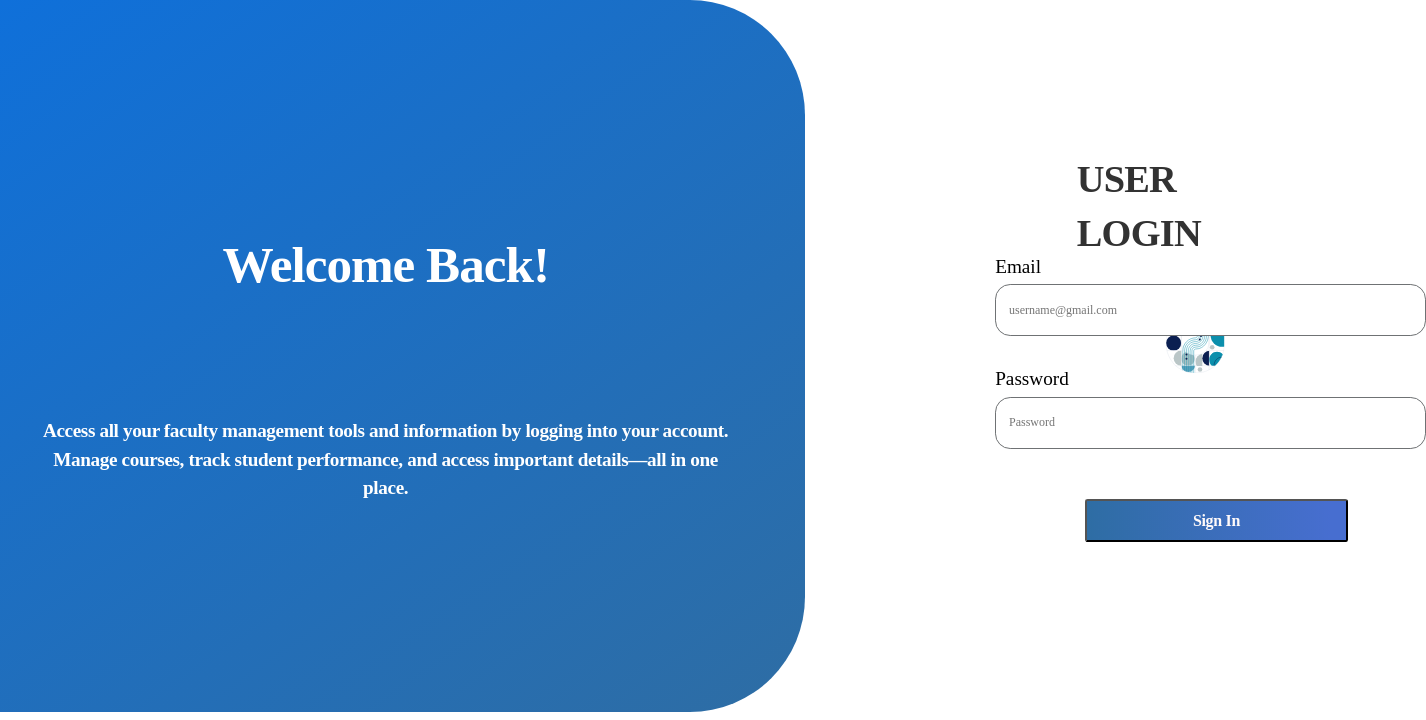
Repository: xedha/ProjetS4
Page: / (app in Frontend/)
The author's editor kept a copy of each file at every save. The page is drawn from the files as they stood at one save, then again after the next save.
The browser window is 1280 px wide. The page is 1426 px wide, so the pictures cover 1426 px, including what lies to the right of the window. The pictures show the whole page.
The project was rebuilt for these pictures with package versions that can differ from the ones it lists, and the page was loaded fresh each time. Also part of the build but not shown: Frontend/vite.config.ts, Frontend/src/components/common/Header.css, Frontend/src/components/common/Header.tsx, Frontend/src/components/common/Sidebar.css, Frontend/src/components/common/Sidebar.tsx, Frontend/src/services/api.ts, Frontend/src/components/common/Search.tsx, Frontend/src/components/common/AddButton.tsx and 6 more.

Above is the page before, as saved 2025-04-13 20:07:56.

### Frontend/src/index.css
/* This file can be used for global styles that should be applied before App.css */
/* You can leave it empty if all styles are in App.css or component-specific CSS files */

/* CSS Variables for consistent theming */
:root {
  --color-primary: #1e88e5;
  --color-primary-dark: #1976d2;
  --color-primary-light: #bbdefb;

  --color-secondary: #f50057;

  --color-success: #4caf50;
  --color-warning: #ff9800;
  --color-error: #f44336;

  --color-gray-100: #f7fafc;
  --color-gray-200: #edf2f7;
  --color-gray-300: #e2e8f0;
  --color-gray-400: #cbd5e0;
  --color-gray-500: #a0aec0;
  --color-gray-600: #718096;
  --color-gray-700: #4a5568;
  --color-gray-800: #2d3748;
  --color-gray-900: #1a202c;

  --font-sans: -apple-system, BlinkMacSystemFont, "Segoe UI", Roboto, "Helvetica Neue", Arial, sans-serif;

  --shadow-sm: 0 1px 2px 0 rgba(0, 0, 0, 0.05);
  --shadow: 0 1px 3px 0 rgba(0, 0, 0, 0.1), 0 1px 2px 0 rgba(0, 0, 0, 0.06);
  --shadow-md: 0 4px 6px -1px rgba(0, 0, 0, 0.1), 0 2px 4px -1px rgba(0, 0, 0, 0.06);
  --shadow-lg: 0 10px 15px -3px rgba(0, 0, 0, 0.1), 0 4px 6px -2px rgba(0, 0, 0, 0.05);

  --border-radius-sm: 0.125rem;
  --border-radius: 0.25rem;
  --border-radius-md: 0.375rem;
  --border-radius-lg: 0.5rem;
  --border-radius-xl: 1rem;
}

/* Reset some browser defaults */
html,
body {
  margin: 0;
  padding: 0;
  height: 100%;
}

a {
  text-decoration: none;
  color: inherit;
}

img {
  max-width: 100%;
  height: auto;
}

### Frontend/src/App.tsx
"use client"

import type React from "react"
import { useState } from "react"
import { BrowserRouter as Router, Routes, Route, Navigate } from "react-router-dom"
import { LoginPage } from "./Pages/LoginPage"
import { TeacherManagementPage } from "./components/teachers/TeacherManagementPage"
import { TeachingManagementPage } from "./components/teaching/TeachingManagementPage"
import "./App.css"

/**
 * Main App Component
 *
 * This component serves as the entry point for the ExamTrack application.
 * It handles:
 * - Routing between different pages
 * - Authentication state management
 * - Protected routes that require authentication
 * - Redirects for unauthorized access attempts
 */

// Define the User interface to type-check the user state
interface User {
  email: string
  name: string
}

const App: React.FC = () => {
  // Authentication state management

  // User state to track authentication
  // null means not authenticated, object means authenticated
  const [user, setUser] = useState<User | null>(null)

  /**
   * Handle login functionality
   * In a real app, this would validate credentials with an API
   * @param data - Object containing email and password
   */
  const handleLogin = (data: { email: string; password: string }) => {
    // Log login attempt for debugging
    console.log("Login attempt with:", data)

    // For demo purposes, we'll just set a user without actual validation
    // In a production app, this would include API calls to validate credentials
    setUser({
      email: data.email,
      name: "Admin", // Changed from "John Doe" to "Admin"
    })
  }

  /**
   * Handle logout functionality
   * Clears the user state to null, effectively logging the user out
   */
  const handleLogout = () => {
    setUser(null)
  }

  return (
    <Router>
      <div className="app">
        <Routes>
          {/*
            Public routes - accessible without authentication
            If user is already logged in, redirect to teachers page
          */}
          <Route path="/login" element={user ? <Navigate to="/teachers" /> : <LoginPage onLogin={handleLogin} />} />

          {/*
            Protected routes - require authentication
            If user is not logged in, redirect to login page
          */}

          {/* Teacher Management route */}
          <Route path="/teachers" element={user ? <TeacherManagementPage /> : <Navigate to="/login" />} />

          {/* Teaching Management route */}
          <Route path="/teaching" element={user ? <TeachingManagementPage /> : <Navigate to="/login" />} />

          {/*
            Additional routes to be implemented:

            <Route
              path="/courses"
              element={
                user ? <CourseManagementPage /> : <Navigate to="/login" />
              }
            />

            <Route
              path="/exams"
              element={
                user ? <ExamSchedulingPage /> : <Navigate to="/login" />
              }
            />

            <Route
              path="/settings"
              element={
                user ? <SettingsPage /> : <Navigate to="/login" />
              }
            />
          */}

          {/*
            Root path redirect
            If user is logged in, go to teachers page, otherwise go to login
          */}
          <Route path="/" element={<Navigate to={user ? "/teachers" : "/login"} />} />

          {/* Redirect dashboard to teachers */}
          <Route path="/dashboard" element={<Navigate to="/teachers" />} />

          {/*
            Catch-all route for any undefined paths
            Redirects to teachers if logged in, or login if not
          */}
          <Route path="*" element={<Navigate to={user ? "/teachers" : "/login"} />} />
        </Routes>
      </div>
    </Router>
  )
}

export default App

### Frontend/src/Pages/LoginPage.tsx
import type React from "react"
import { LeftPanel } from "../components/login/LeftPanel"
import { RightPanel } from "../components/login/RightPanel"
import "./LoginPage.css"

interface LoginPageProps {
  onLogin: (data: { email: string; password: string }) => void
}

export const LoginPage: React.FC<LoginPageProps> = ({ onLogin }) => {
  return (
    <div className="login-page">
      <div className="login-container">
        <div className="login-left">
          <LeftPanel />
        </div>
        <div className="login-right">
          <RightPanel onLogin={onLogin} />
        </div>
      </div>
    </div>
  )
}

### Frontend/src/App.css
/* Reset and base styles */
* {
  box-sizing: border-box;
  margin: 0;
  padding: 0;
}

body {
  font-family: -apple-system, BlinkMacSystemFont, "Segoe UI", "Roboto", "Oxygen", "Ubuntu", "Cantarell", "Fira Sans",
    "Droid Sans", "Helvetica Neue", sans-serif;
  -webkit-font-smoothing: antialiased;
  -moz-osx-font-smoothing: grayscale;
  color: #333;
  line-height: 1.5;
}

.app {
  min-height: 100vh;
}

button {
  cursor: pointer;
}

/* Utility classes */
.sr-only {
  position: absolute;
  width: 1px;
  height: 1px;
  padding: 0;
  margin: -1px;
  overflow: hidden;
  clip: rect(0, 0, 0, 0);
  white-space: nowrap;
  border-width: 0;
}

### Frontend/src/components/login/LeftPanel.tsx
import type React from "react"
import "./LeftPanel.css"

export const LeftPanel: React.FC = () => {
  return (
    <div className="left-panel">
      <div className="left-panel-content">
        <h1 className="left-panel-title">Welcome Back!</h1>

        <p className="left-panel-text">
          Access all your faculty management tools and information by logging into your account. Manage courses, track
          student performance, and access important details—all in one place.
        </p>


      </div>
    </div>
  )
}

### Frontend/src/components/login/RightPanel.tsx
"use client"

import type React from "react"
import { useState } from "react"
import logo from './logo.svg';
import "./RightPanel.css"

interface LoginFormData {
  email: string
  password: string
}

interface RightPanelProps {
  onLogin: (data: LoginFormData) => void
}

export const RightPanel: React.FC<RightPanelProps> = ({ onLogin }) => {
  const [formData, setFormData] = useState<LoginFormData>({
    email: "",
    password: "",
  })

  const handleChange = (e: React.ChangeEvent<HTMLInputElement>) => {
    const { name, value } = e.target
    setFormData((prev) => ({ ...prev, [name]: value }))
  }

  const handleSubmit = (e: React.FormEvent) => {
    e.preventDefault()
    onLogin(formData)
  }

  return (
    <div className="right-panel">
      <div className="login-form-container">
        <div className="login-header">
        <img className="logo"  src={logo} alt="Logo" />
          <span className="login-title">USER LOGIN</span>
        </div>

        <form onSubmit={handleSubmit} className="login-form">
          <div className="form-group">
            <label htmlFor="email" className="form-label">
              Email
            </label>
            <input
              id="email"
              name="email"
              type="email"
              required
              value={formData.email}
              onChange={handleChange}
              className="form-input"
              placeholder="username@gmail.com"
            />
          </div>

          <div className="form-group">
            <label htmlFor="password" className="form-label">
              Password
            </label>
            <input
              id="password"
              name="password"
              type="password"
              required
              value={formData.password}
              onChange={handleChange}
              className="form-input"
              placeholder="Password"
            />
          </div>

          <button type="submit" className="login-button">
            Sign In
          </button>
        </form>
      </div>
    </div>
  )
}

### Frontend/src/Pages/LoginPage.css
.login-page {
  min-height: 100vh;
  height: 100vh;
  width: 100%;
  display: flex;
  overflow: hidden;
}

.login-container {
  width: 100%;
  height: 100%;
  display: flex;
}

.login-left {
  width: 52.875rem;
  height: 100%;
  flex-shrink: 0;
}

.login-right {
  width: 60%;
  height: 100%;
}

@media (max-width: 768px) {
  .login-container {
    flex-direction: column;
  }

  .login-left,
  .login-right {
    width: 100%;
    height: 50%;
  }
}

### Frontend/src/components/login/LeftPanel.css
@import url('https://fonts.googleapis.com/css2?family=Montserrat:wght@400;500;700&display=swap');


html {
  font-size: min(1vw, 1.8vh); /* Adapts to both width and height */
}


.left-panel {
  width: 62.875rem;
  height: 55.6rem;
  border-radius: 0rem 9rem 9rem 0rem;
  background: linear-gradient(325deg, #2E6DA4 0.74%, #0F70DA 100%);
  flex-shrink: 0;


  position: absolute; /* This is required */
  /* Adjusted to lower the button */
  left: 0;

}



  .left-panel-title {
    width: 54.38681rem;
    height: 6.74rem;
    flex-shrink: 0;
    color: var(--White, #FFF);
    font-family: Poppins;
    font-size: 4rem;
    font-style: normal;
    font-weight: 600;
    line-height: 150%;
    letter-spacing: -0.08rem;
    text-align: center;
    position: absolute; /* This is required */
    /* Adjusted to lower the button */
    top : 17.75rem;
    left : 2.94rem;

  }


  .left-panel-text {

    width: 54.375rem;
    height: 7.5625rem;
    flex-shrink: 0;
    color: var(--White, #FFF);
    font-family: Poppins;
    font-size: 1.5rem;
    font-style: normal;
    font-weight: 600;
    line-height: 150%;
    letter-spacing: -0.03rem;
    text-align: center;

    position: absolute; /* This is required */
    /* Adjusted to lower the button */
  top : 32.56rem;
  left : 2.94rem;
  }

### Frontend/src/components/login/RightPanel.css

@import url('https://fonts.googleapis.com/css2?family=Montserrat:wght@400;500;700&display=swap');


html {
  font-size: min(1vw, 1.8vh); /* Adapts to both width and height */
}



  .login-form-container {

    max-width: 25rem;
    height: 45rem;

  }

  .login-header {
    color: var(--Black, #1D1D1D);
    font-family: Poppins;
    font-size: 3rem;
    font-style: normal;
    font-weight: 600;
    line-height: 140%;
    letter-spacing: -0.06rem;

    position: absolute;

   left : 84.12rem;
    top: 11.94rem;
    bottom: ;
  }

  .login-title {
    color: var(--Black, #323232);

    font-size: 3rem;
    font-style: normal;
    font-weight: 600;
    line-height: 1rem;
    letter-spacing: -0.06rem;


  }

  .login-form {
    display: flex;
    flex-direction: column;
    gap: 2.5rem;
    justify-content: center;
    position: absolute;

    left : 77.75rem;
     top: 20rem;
     bottom: ;

  }

  .form-group {
    display: flex;
    flex-direction: column;
    gap: 0.5rem;

  }

  .form-label {
    color: #000;
    font-family: Poppins;
    font-size: 1.5rem;
    font-style: normal;
    font-weight: 400;
    line-height: normal;

  }

  .form-input {
   display: flex;
   width: 33.625rem;
   height: 4.0625rem;
   overflow: hidden;
   padding: 1rem;
   border-radius: 1.1875rem;
   border: 0.711px solid #6F7274;
   background: #FFF;
   align-items: center;
   gap: 0.625rem;
   flex-shrink: 0;
   color: #6F7274;
   font-family: Poppins;
   font-size: 0.9375rem;
   font-style: normal;
   font-weight: 400;
   line-height: normal;


  }

  .form-input:focus {
    border-color: #1e88e5;
    box-shadow: 0 0 0 2px rgba(30, 136, 229, 0.2);

    display: flex;
    justify-content: center;
  }

  .login-button {
      display: flex;
      width: 20.577rem;
      height: 3.38188rem;
      justify-content: center;
      align-items: center;
      flex-shrink: 0;
        border-radius: 0.2205rem;
        background: linear-gradient(90deg, #2E6DA4 0%, #476ED0 94.4%);
        color: #FFFAFA;
        font-family: Poppins;
        font-size: 1.25rem;
        font-style: normal;
        font-weight: 600;
        line-height: normal;
        letter-spacing: -0.025rem;

        position: absolute;

        left : 7rem;
         top: 19rem;
         bottom: ;

  }

  .login-button:hover {
    background-color: #1976d2;
  }

  .logo{
    position: absolute;

    left : 7rem;
     top: 11.88rem;
     bottom: ;

  }

### Frontend/src/components/common/search.module.css
@import url("https://fonts.googleapis.com/css2?family=Montserrat:wght@400;500;700&display=swap");
/* From Uiverse.io by alexruix */
.group {
  display: flex;
  width: 60rem; /* Reduced from 72.5rem to make it less wide */
  height: 3.75rem;
  overflow: hidden;

  border-radius: 2rem;
  border: 1px solid #9a9696;
  box-shadow: 0px 4px 12px 0px rgba(13, 10, 44, 0.06);
  background: var(--White-White, #fff);
  align-items: center;
  gap: 0.375rem;
  flex-shrink: 0;

  position: relative; /* Changed from absolute to relative for better layout control */
  margin: 0 auto; /* Center the search bar */
}

.input {
  width: 100%;
  height: 40px;
  line-height: 28px;
  padding: 0 1rem;
  padding-left: 2.5rem;
  border: 2px solid transparent;
  border-radius: 8px;
  outline: none;
  background-color: #ffffff;
  color: #0d0c22;
  transition: .3s ease;
  color: var(--Gray, #abb7c2);
  font-family: Poppins, sans-serif;
  font-size: 1.125rem;
  font-style: normal;
  font-weight: 400;
  line-height: normal;

  display: flex;
  width: 60rem; /* Reduced from 72.5rem to match the container */
  height: 3.75rem;
  overflow: hidden;
  padding-left: 3rem;
  border-radius: 2rem;
  border: 1px solid #9a9696;
  box-shadow: 0px 4px 12px 0px rgba(13, 10, 44, 0.06);
  background: var(--White-White, #fff);
  align-items: center;
  gap: 0.375rem;
  flex-shrink: 0;
}

.input::placeholder {
  color: #9e9ea7;
}

.input:focus,
.input:hover {
  outline: none;
  border-color: #1cd8d2;
  border-radius: 2rem;
  border: 5px solid #1cd8d2;
  background-color: #fff;
  box-shadow: 0 0 0 6px rgb(234 76 137 / 10%);
  color: #53535f;
}

.icon {
  position: absolute;
  left: 1rem;
  fill: #9e9ea7;
  width: 1rem;
  height: 1rem;
  display: flex;
  padding: 0;
  align-items: center;
  gap: 0.625rem;

  width: 1.5rem;
  height: 1.5rem;
}

### Frontend/src/components/common/addbutton.module.css
@import url("https://fonts.googleapis.com/css2?family=Montserrat:wght@400;500;700&display=swap");

.addbuttongreen {
  position: absolute; /* This is required */
  top: 0.5rem; /* Adjusted to lower the button */
  right: 0;

  display: flex;
  width: 10.625rem;
  height: 2.9375rem;
  padding: 0.5rem 0.75rem;
  justify-content: center;
  align-items: center;
  gap: 0.5rem;
  flex-shrink: 0;
  border-radius: 0.5rem;
  background: var(--2nd, linear-gradient(90deg, #0B8FAC 0%, #043A46 100%));
  color: #fff;
  font-family: Montserrat, sans-serif;
  font-size: 0.9375rem;
  font-style: normal;
  font-weight: 700;
  line-height: normal;
  border: none;
  cursor: pointer;
}

.addbuttongreen:hover {
  background-color: #0B8FAC;
  box-shadow: 0px 15px 20px rgba(20, 133, 154, 0.4);
  color: #fff;
  transform: translateY(-7px);
}

.addbuttongreen:active {
  transform: translateY(-1px);
}
.add {
  width: 1.25rem;
  height: 1.0625rem;
  flex-shrink: 0;
}

### Frontend/src/components/common/table.module.css
@import url("https://fonts.googleapis.com/css2?family=Montserrat:wght@400;500;700&display=swap");

.tableContainer {
  width: 100%;
  overflow-x: auto;
  margin-top: 1.5rem;
  border-radius: 1rem;
  box-shadow: 0px 4px 12px 0px rgba(13, 10, 44, 0.06);
}

.table {
  width: 100%;
  border-collapse: collapse;
  border-radius: 1rem;
  overflow: hidden;
}

.tableHeader {
  height: 4.5625rem;
  border-radius: 1rem 1rem 0rem 0rem;
  border: 1px solid #000;
  box-shadow: 0px 4px 4px 0px rgba(0, 0, 0, 0.25);
  background: linear-gradient(180deg, #45d699 0%, #08b2ac 100%);
  position: sticky;
  top: 0;
  z-index: 10;
}

.tableHeaderCell {
  color: #fff;
  font-family: Montserrat, sans-serif;
  font-size: 0.875rem;
  font-weight: 700;
  padding: 1rem;
  text-align: left;
}

.tableRow {
  height: 4.625rem;
  border: 1px solid #e2e8f0;
}

.tableRow:nth-child(odd) {
  background-color: #eaf2f9;
}

.tableRow:nth-child(even) {
  background-color: white;
}

.tableRow:last-child {
  border-radius: 0rem 0rem 1rem 1rem;
}

.tableCell {
  padding: 1rem;
  color: #000;
  font-family: Montserrat, sans-serif;
  font-size: 0.99rem;
  font-weight: 500;
}

.actionCell {
  display: flex;
  align-items: center;
  gap: 0.5rem;
  padding: 1rem;
}

.editButton {
  width: 2rem;
  height: 2rem;
  background-color: #ebf8ff;
  color: #4299e1;
  border: none;
  border-radius: 0.375rem;
  display: flex;
  align-items: center;
  justify-content: center;
  cursor: pointer;
  transition: background-color 0.2s;
}

.editButton:hover {
  background-color: #bee3f8;
}

.deleteButton {
  width: 2rem;
  height: 2rem;
  background-color: #fff5f5;
  color: #f56565;
  border: none;
  border-radius: 0.375rem;
  display: flex;
  align-items: center;
  justify-content: center;
  cursor: pointer;
  transition: background-color 0.2s;
}

.deleteButton:hover {
  background-color: #fed7d7;
}

.statusBadge {
  display: inline-block;
  padding: 0.25rem 0.75rem;
  border-radius: 9999px;
  font-size: 0.75rem;
  font-weight: 600;
  text-transform: uppercase;
}

.statusAdmin {
  background-color: #e6fffa;
  color: #38b2ac;
}

.statusMed {
  background-color: #ebf8ff;
  color: #4299e1;
}

.statusMutated {
  background-color: #fffaf0;
  color: #ed8936;
}

.statusRetired {
  background-color: #fff5f5;
  color: #f56565;
}

.teacherAvatar {
  width: 2rem;
  height: 2rem;
  border-radius: 50%;
  background-color: #e2e8f0;
  margin-right: 0.75rem;
}

.teacherCode {
  display: flex;
  align-items: center;
}

.pagination {
  display: flex;
  justify-content: center;
  gap: 0.5rem;
  margin-top: 1.5rem;
  margin-bottom: 1.5rem;
}

.paginationButton,
.paginationNumber {
  display: flex;
  align-items: center;
  justify-content: center;
  min-width: 2rem;
  height: 2rem;
  padding: 0 0.5rem;
  border: 1px solid #e2e8f0;
  border-radius: 0.375rem;
  background-color: white;
  color: #4a5568;
  font-size: 0.875rem;
  cursor: pointer;
  transition: all 0.2s;
}

.paginationButton:disabled {
  opacity: 0.5;
  cursor: not-allowed;
}

.paginationNumber.active {
  background-color: #0b8fac;
  color: white;
  border-color: #0b8fac;
}

.paginationButton:not(:disabled):hover,
.paginationNumber:not(.active):hover {
  background-color: #f7fafc;
}

.paginationEllipsis {
  display: flex;
  align-items: center;
  justify-content: center;
  min-width: 2rem;
  height: 2rem;
  color: #4a5568;
}

.tooltip {
  position: absolute;
  background-color: #f56565;
  color: white;
  padding: 0.5rem;
  border-radius: 0.375rem;
  font-size: 0.75rem;
  opacity: 0;
  pointer-events: none;
  transition: opacity 0.3s;
  white-space: nowrap;
}

.deleteButton:hover .tooltip {
  opacity: 1;
}

Loaded but not shown: Frontend/index.html (common file); Frontend/src/main.tsx (common file)

After the next save:
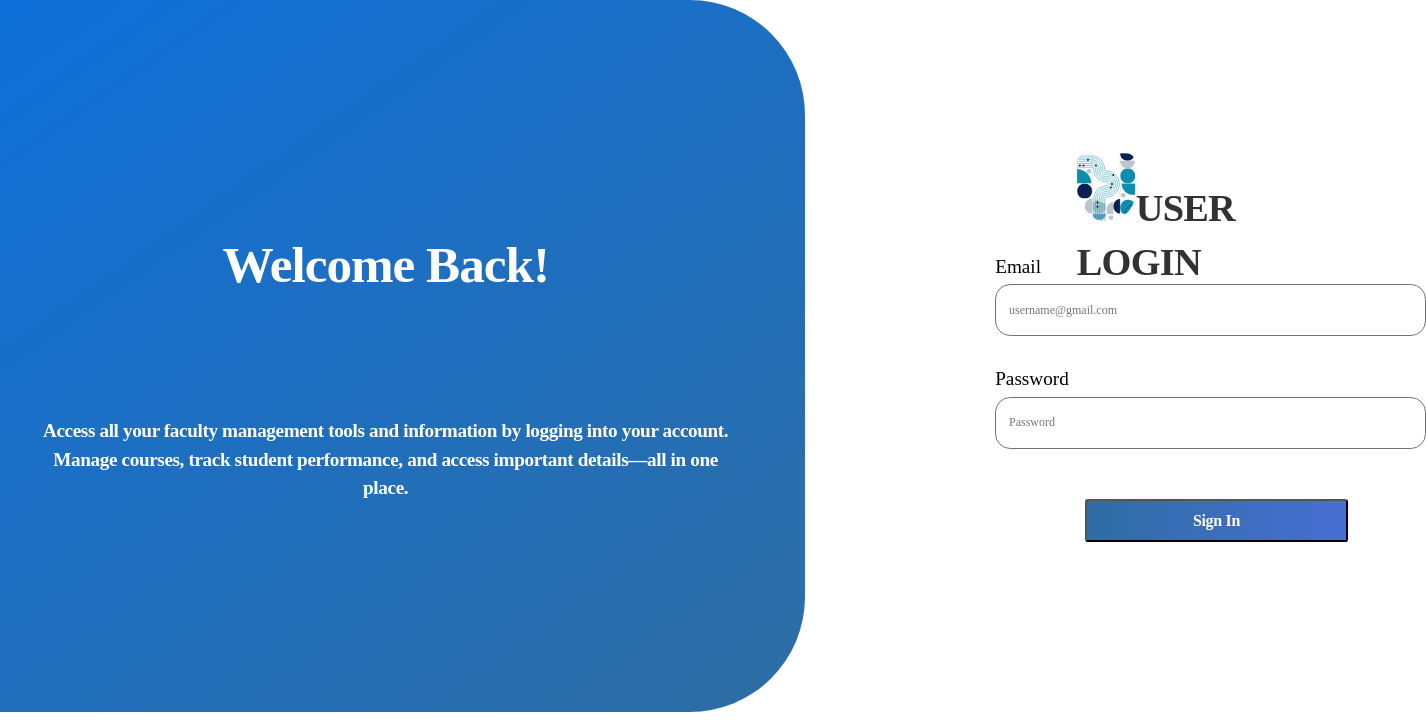
Saved 5 s later.
--- a/Frontend/src/components/login/RightPanel.css
+++ b/Frontend/src/components/login/RightPanel.css
@@ -133,10 +133,6 @@ html {
   }
 
   .logo{
-    position: absolute;
 
-    left : 7rem;
-     top: 11.88rem;
-     bottom: ;
 
   }
